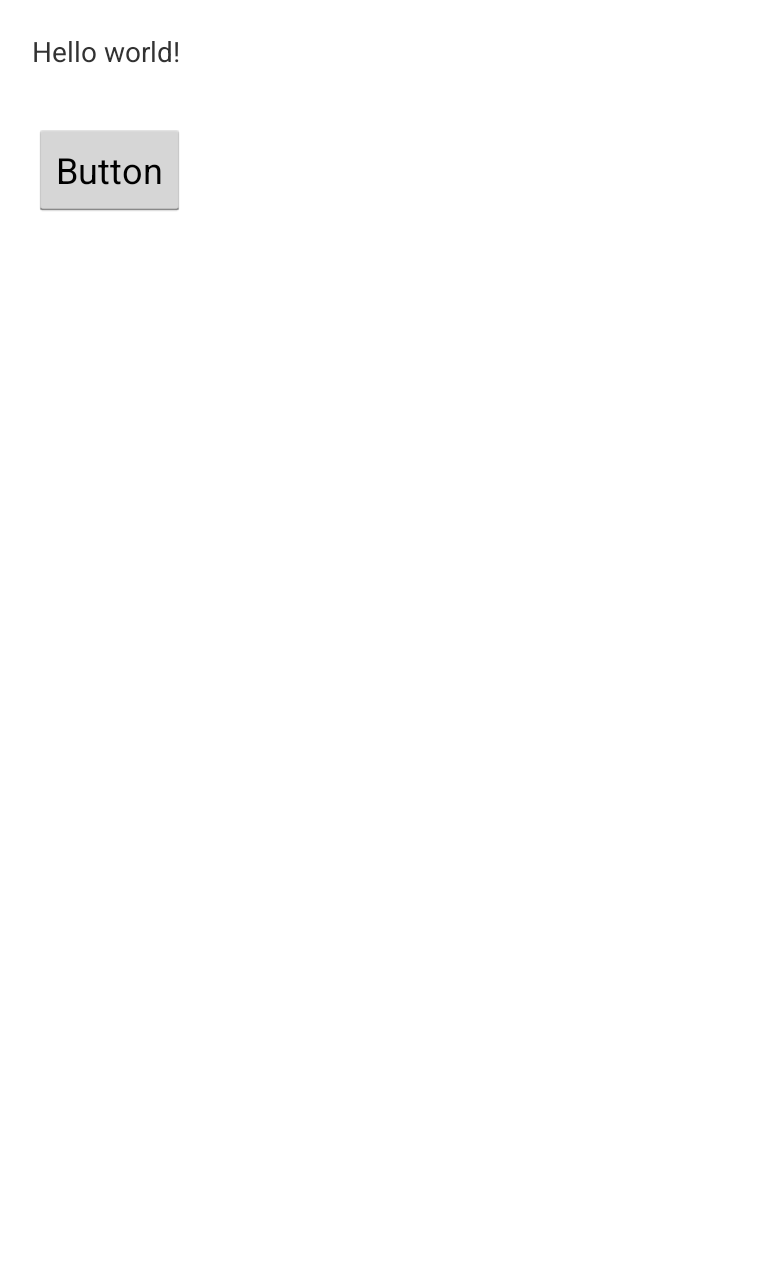
Repository: lukaszgor/mobilki
Layout: LAB7/cw7/res/layout/activity_main.xml
An editor plug-in stored every save of this project. The layout is shown before and after the next save, followed by the edit.
It is drawn on a 768 x 1280 px phone screen (xhdpi) without system bars, with theme AppTheme; the app's code is not run.

Above is the layout before, as saved 2020-05-28 17:51:53.

### LAB7/cw7/res/layout/activity_main.xml
<RelativeLayout xmlns:android="http://schemas.android.com/apk/res/android"
    xmlns:tools="http://schemas.android.com/tools"
    android:layout_width="match_parent"
    android:layout_height="match_parent"
    android:paddingBottom="@dimen/activity_vertical_margin"
    android:paddingLeft="@dimen/activity_horizontal_margin"
    android:paddingRight="@dimen/activity_horizontal_margin"
    android:paddingTop="@dimen/activity_vertical_margin"
    tools:context="com.example.cw7.MainActivity" >

    <TextView
        android:id="@+id/textView1"
        android:layout_width="wrap_content"
        android:layout_height="wrap_content"
        android:text="@string/hello_world" />

    <GridLayout
        android:layout_width="match_parent"
        android:layout_height="wrap_content"
        android:layout_alignLeft="@+id/textView1"
        android:layout_below="@+id/textView1"
        android:layout_marginTop="26dp"
        android:columnCount="1" >

        <Button
            android:id="@+id/button1"
            android:layout_column="0"
            android:layout_gravity="left|top"
            android:layout_row="0"
            android:text="Button" />
    </GridLayout>

</RelativeLayout>

### LAB7/cw7/res/values/strings.xml
<?xml version="1.0" encoding="utf-8"?>
<resources>

    <string name="app_name">cw7</string>
    <string name="hello_world">Hello world!</string>
    <string name="action_settings">Settings</string>

</resources>

Loaded but not shown: LAB7/cw7/res/values/styles.xml (common file); LAB7/cw7/res/values-v11/styles.xml (common file); LAB7/cw7/res/values-v14/styles.xml (common file); LAB7/cw7/res/values/dimens.xml (common file); LAB7/cw7/res/values-w820dp/dimens.xml (common file)

After the next save:
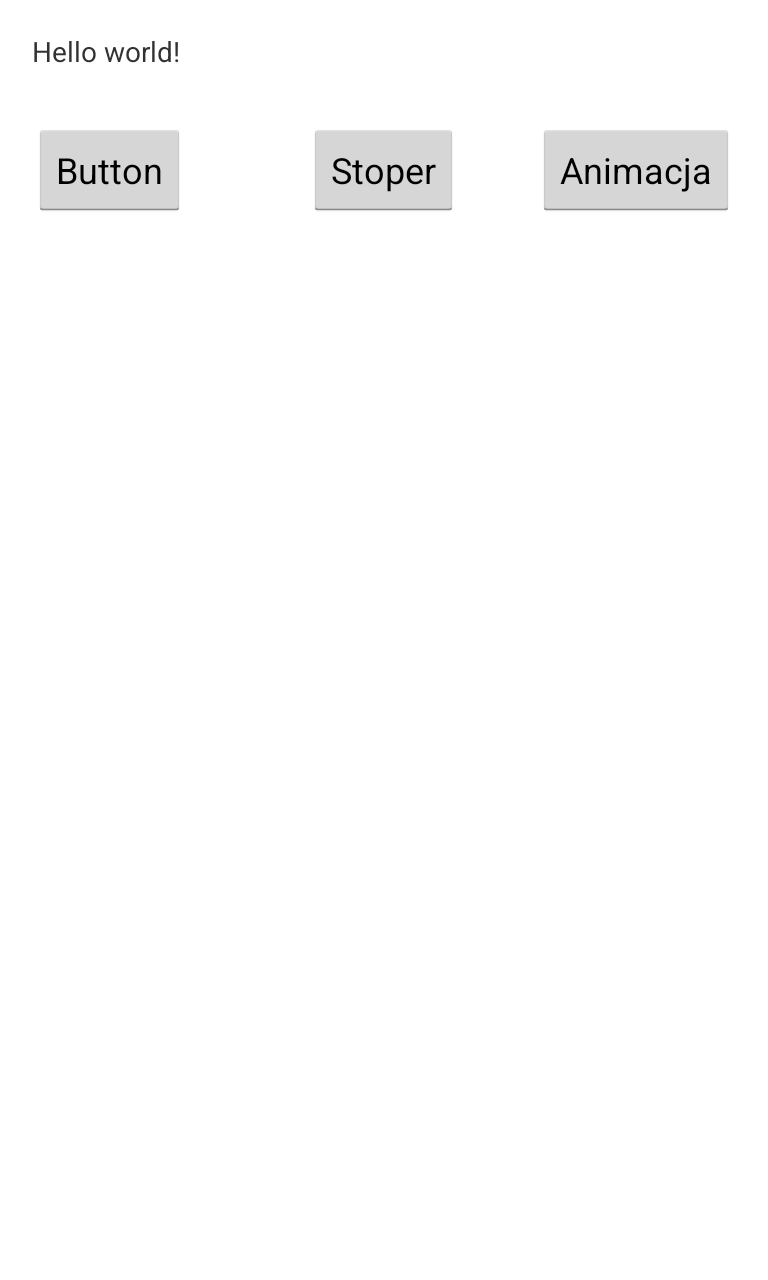
Saved 23 min 12 s later.
--- a/LAB7/cw7/res/layout/activity_main.xml
+++ b/LAB7/cw7/res/layout/activity_main.xml
@@ -28,6 +28,21 @@
             android:layout_gravity="left|top"
             android:layout_row="0"
             android:text="Button" />
+
+        <Button
+            android:id="@+id/button2"
+            android:layout_column="0"
+            android:layout_gravity="center_horizontal|top"
+            android:layout_row="0"
+            android:text="Stoper" />
+
+        <Button
+            android:id="@+id/button3"
+            android:layout_column="0"
+            android:layout_gravity="right|top"
+            android:layout_row="0"
+            android:text="Animacja" />
+
     </GridLayout>
 
 </RelativeLayout>
